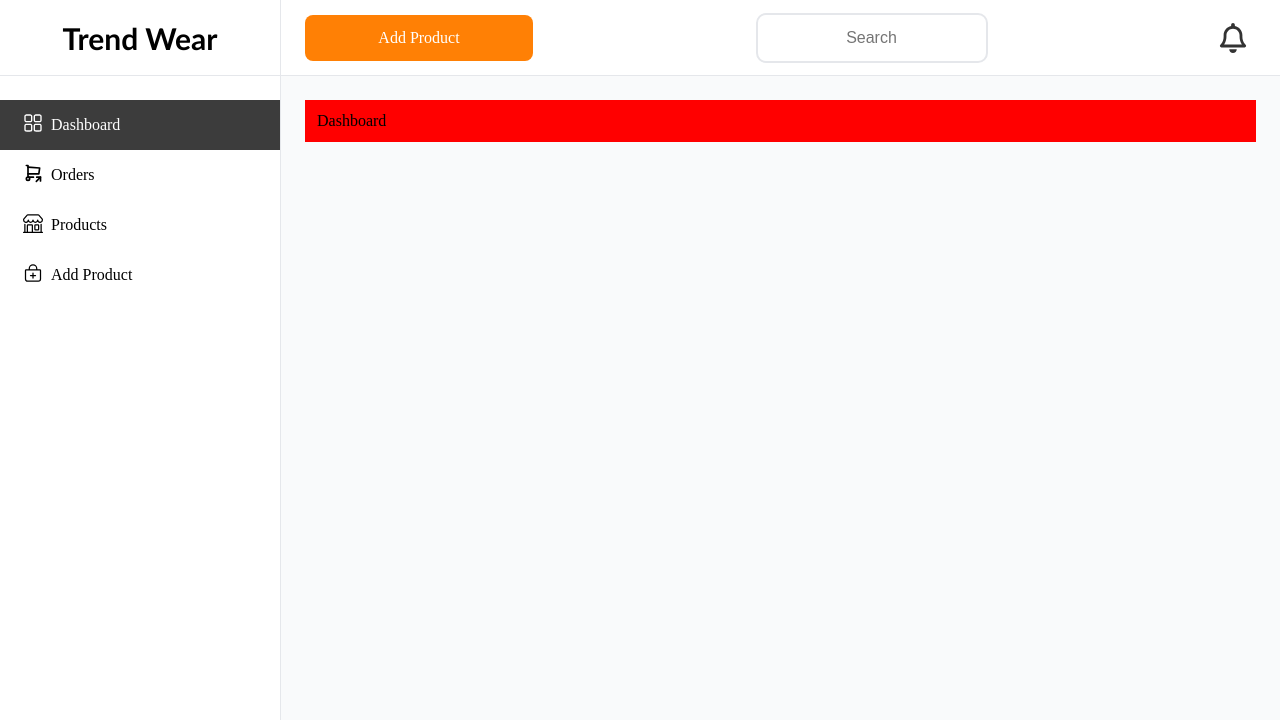
Repository: ahmad-dev7/TrendWear
Page: / (app in trend_wear_dashboard/)
An editor plug-in stored every save of this project. The page is shown before and after the next save, followed by the edit.
The browser window is 1280 px wide. The pictures show the whole page.
The project was rebuilt for these pictures with package versions that can differ from the ones it lists, and the page was loaded fresh each time. Also part of the build but not shown: trend_wear_dashboard/vite.config.ts.

Above is the page before, as saved 2025-01-19 23:17:39.

### trend_wear_dashboard/index.html
<!doctype html>
<html lang="en">

<head>
  <meta charset="UTF-8" />
  <link rel="icon" type="image/svg+xml" href="/vite.svg" />
  <meta name="viewport" content="width=device-width, initial-scale=1.0" />
  <title>Trend Wear</title>
</head>

<body>
  <div id="root"></div>
  <script type="module" src="/src/main.tsx"></script>
</body>

</html>

### trend_wear_dashboard/src/main.tsx
import { StrictMode } from "react";
import { createRoot } from "react-dom/client";
//import "bootstrap/dist/css/bootstrap.css";
import "./App.css";
import App from "./App.tsx";

createRoot(document.getElementById("root")!).render(
  <StrictMode>
    <App />
  </StrictMode>
);

### trend_wear_dashboard/src/App.css
body {
    background-color: #F9FAFB;
    padding: 0;
    margin: 0;
}

#parent {
    display: flex;
}

### trend_wear_dashboard/src/App.tsx
import { useState } from "react";
import Body from "./Components/Body/Body";
import Navbar from "./Components/Navbar/Navbar";
import Sidebar from "./Components/Sidebar/Sidebar";

function App() {
  const [body, setBody] = useState("Dashboard");

  return (
    <div id="parent">
      <Sidebar onSelectTab={setBody} />
      <div style={{ flex: 1 }}>
        <Navbar />
        <Body>{body}</Body>
      </div>
    </div>
  );
}

export default App;

### trend_wear_dashboard/src/Components/Body/Body.tsx
import "./Body.css";

interface Props {
  children: React.ReactNode;
}

const Body = ({ children }: Props) => {
  return <div id="content-body">{children}</div>;
};

export default Body;

### trend_wear_dashboard/src/Components/Navbar/Navbar.tsx
import "./Navbar.css";
import { FaRegBell } from "react-icons/fa6";

const Navbar = () => {
  return (
    <div>
      <div id="top-navbar">
        <div className="nav-item add-product-button">Add Product</div>
        <input className="nav-item" placeholder="Search" type="text" />
        <FaRegBell className="nav-item icon"></FaRegBell>
      </div>
    </div>
  );
};

export default Navbar;

### trend_wear_dashboard/src/Components/Sidebar/Sidebar.tsx
import "./Sidebar.css";
import SidebarContent from "./SidebarContent";
import { RxDashboard } from "react-icons/rx";
import { TbShoppingCartShare } from "react-icons/tb";
import { BsShop } from "react-icons/bs";
import { IoBagAddOutline } from "react-icons/io5";

interface Props {
  onSelectTab: (tab: string) => void;
}

const Sidebar = ({ onSelectTab }: Props) => {
  interface Tabs {
    icon: JSX.Element;
    label: string;
  }

  const tabs: Tabs[] = [
    { label: "Dashboard", icon: <RxDashboard size={20} /> },
    { label: "Orders", icon: <TbShoppingCartShare size={20} /> },
    { label: "Products", icon: <BsShop size={20} /> },
    { label: "Add Product", icon: <IoBagAddOutline size={20} /> },
  ];

  return (
    <div id="sidebar">
      <div className="header">Trend Wear</div>
      <ul id="sidebar-content">
        <SidebarContent tabsList={tabs} onSelectTab={onSelectTab} />
      </ul>
    </div>
  );
};

export default Sidebar;

### trend_wear_dashboard/src/Components/Body/Body.css
/* #content-body {
    margin: 24px;
    background-color: white;
    display: flex;
    align-items: center;
    justify-content: center;
    border: 1px solid #e5e7eb;
    border-radius: 8px;
} */

#content-body {
    margin: 24px;
    padding: 12px;
    background-color: red;
}

### trend_wear_dashboard/src/Components/Navbar/Navbar.css
#top-navbar {
    display: flex;
    justify-content: space-between;
    align-items: center;
    /* padding: 0 24px; */
    background-color: white;
    height: 75px;
    width: 100%;
    border-bottom: 1px solid #e5e7eb;
}

.nav-item {
    font-size: 16px;
    color: #333;
    text-align: center;
    width: 200px;
    border-radius: 8px;
    padding: 14px;
    text-decoration: none;
}

.add-product-button {
    color: white;
    margin-left: 24px;
    background-color: #ff8005;
}

#top-navbar input {
    border: none;
    outline: 2px solid #e5e7eb;
    flex-grow: 1;
    max-width: 200px;
}

#top-navbar .icon {
    height: 30px;
    width: 30px;
    margin-right: 24px;
}

### trend_wear_dashboard/src/Components/Sidebar/Sidebar.css
/* Sidebar.css */
#sidebar {
    background-color: white;
    width: 280px;
    height: 100vh;
    border-right: 1px solid #e5e7eb;
}

#sidebar .header {
    display: flex;
    justify-content: center;
    align-items: center;
    height: 75px;
    font-size: 30px;
    font-weight: bold;
    font-family: 'Gill Sans', 'Gill Sans MT', Calibri, 'Trebuchet MS', sans-serif;
    background-color: white;
    text-align: center;
    border-bottom: 1px solid #e5e7eb;
}

#sidebar-content {
    list-style-type: none;
    margin-top: 24px;
    padding: 0;
    cursor: pointer;
}

#sidebar-content .tab {
    height: 50px;
    color: black;
    display: flex;
    align-items: center;
    padding-left: 15px;
}

.icon {
    padding: 8px;
}

#sidebar-content .active {
    background-color: #3c3c3c;
    color: white;
}

#sidebar-content .tab:hover:not(.active) {
    background-color: #e5e7eb;
}

### trend_wear_dashboard/src/Components/Sidebar/SidebarContent.tsx
import "./Sidebar.css";
import { useState } from "react";

interface Tabs {
  icon: JSX.Element;
  label: string;
}

interface Props {
  tabsList: Tabs[];
  onSelectTab: (tab: string) => void;
}

const SidebarContent = ({ tabsList, onSelectTab }: Props) => {
  const [active, setTab] = useState("Dashboard");
  return (
    <>
      {tabsList.map((tab) => (
        <li
          key={tab.label}
          className={"tab " + (tab.label == active && "active")}
          onClick={() => {
            setTab(tab.label);
            onSelectTab(tab.label);
          }}
        >
          <div className="icon">{tab.icon}</div>
          <div className="label">{tab.label}</div>
        </li>
      ))}
    </>
  );
};

export default SidebarContent;

### trend_wear_dashboard/src/Components/AddProduct/AddProduct.tsx
const AddProduct = () => {
  return (
    <>
      <div id="section" className="child">
        Child 1
      </div>
      <div id="section" className="child">
        Child 2
      </div>
    </>
  );
};

export default AddProduct;

After the next save:
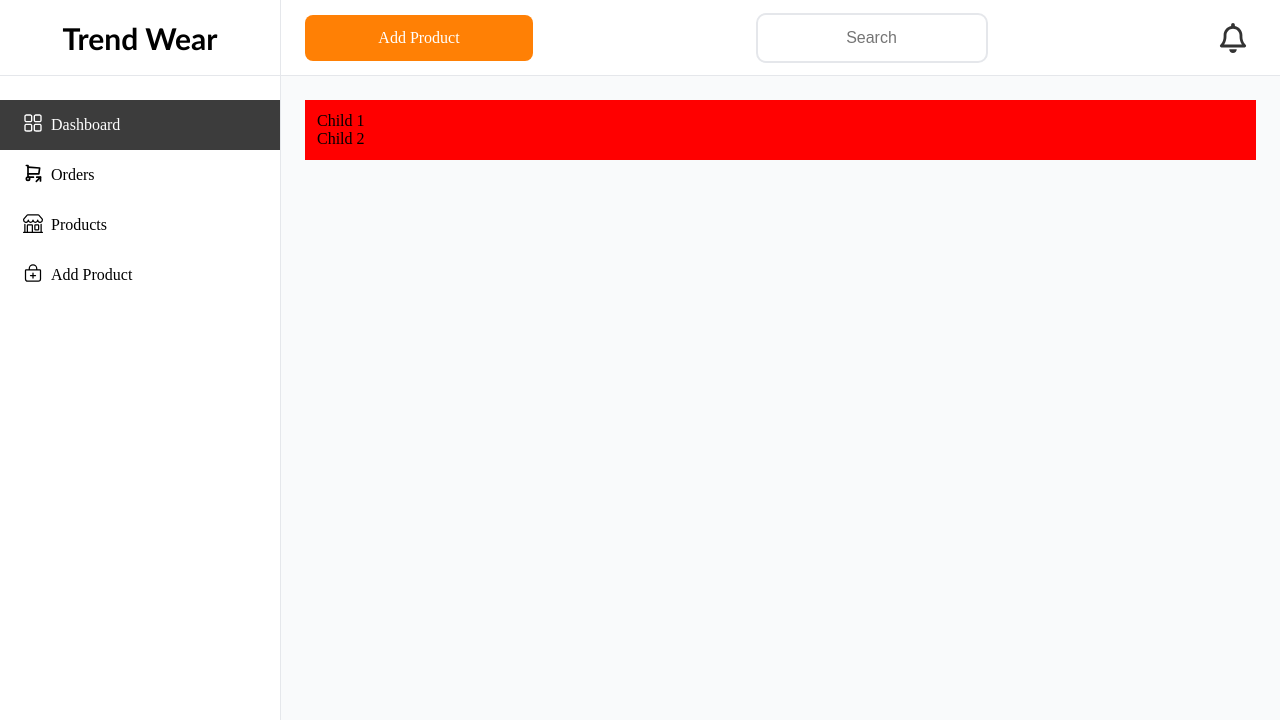
Saved 55 s later.
--- a/trend_wear_dashboard/src/App.tsx
+++ b/trend_wear_dashboard/src/App.tsx
@@ -2,6 +2,7 @@ import { useState } from "react";
 import Body from "./Components/Body/Body";
 import Navbar from "./Components/Navbar/Navbar";
 import Sidebar from "./Components/Sidebar/Sidebar";
+import AddProducts from "./Components/AddProduct/AddProduct";
 
 function App() {
   const [body, setBody] = useState("Dashboard");
@@ -11,7 +12,9 @@ function App() {
       <Sidebar onSelectTab={setBody} />
       <div style={{ flex: 1 }}>
         <Navbar />
-        <Body>{body}</Body>
+        <Body>
+          <AddProducts />
+        </Body>
       </div>
     </div>
   );

After the save that followed:
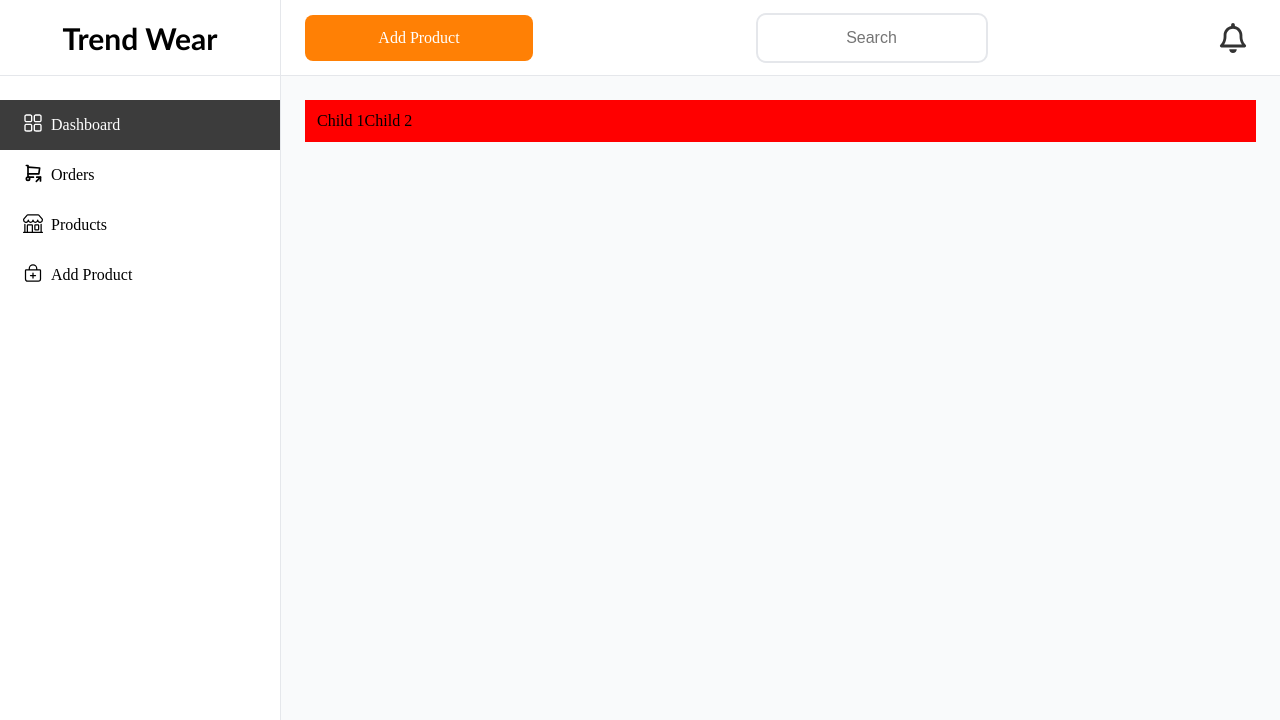
Saved 83 s later.
--- a/trend_wear_dashboard/src/Components/Body/Body.css
+++ b/trend_wear_dashboard/src/Components/Body/Body.css
@@ -11,5 +11,6 @@
 #content-body {
     margin: 24px;
     padding: 12px;
+    display: flex;
     background-color: red;
 }
